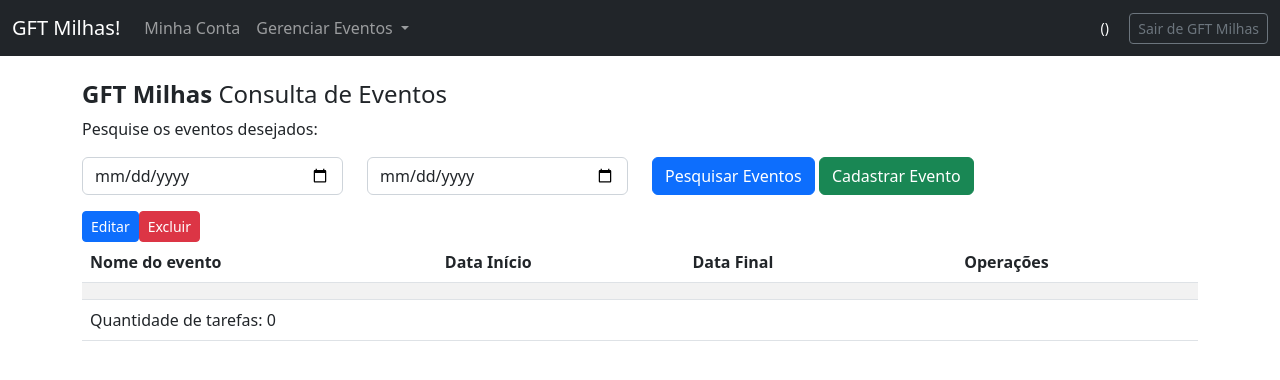
Repository: thamaraamaral/desafio_mvc1
Page: http://localhost/projeto-milhas/WEB-INF/views/eventos-cadastro.jsp
The author's editor kept a copy of each file at every save. The page is drawn from the files as they stood at one save, then again after the next save.
The browser window is 1280 px wide. The pictures show the whole page.
The page is served by Tomcat 9. Nobody is signed in. The template is opened directly, without the code that normally fills it, so the values that code supplies are empty.

Above is the page before, as saved 2022-10-27 23:34:00.

After the next save:
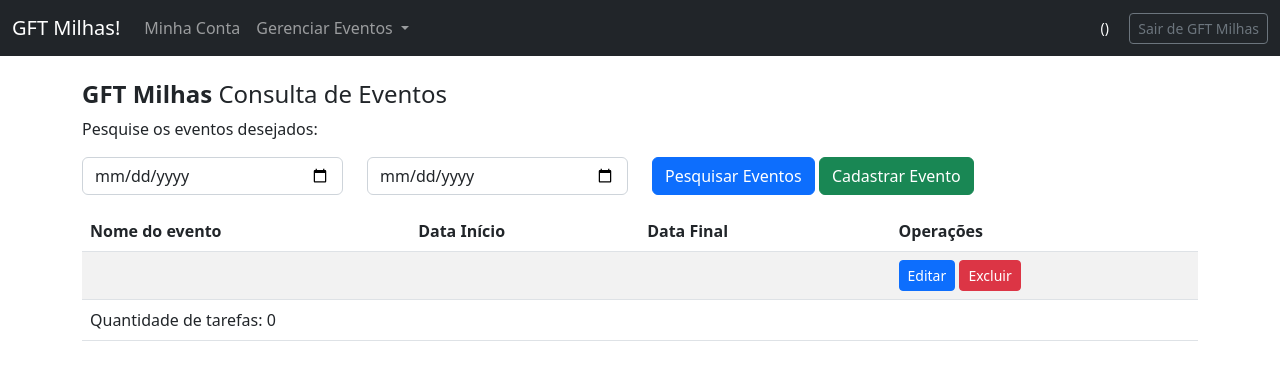
Saved 21 s later.
--- a/projeto-milhas/src/main/webapp/WEB-INF/views/eventos-cadastro.jsp
+++ b/projeto-milhas/src/main/webapp/WEB-INF/views/eventos-cadastro.jsp
@@ -65,8 +65,8 @@
 					<td></td>
 					<td></td>
 					<td></td>
-					<td></td>
-						<a href="/agendaweb/tarefas-edicao" class="btn btn-primary btn-sm">
+					<td>
+						<a href="/projeto-milhas/eventos-edicao" class="btn btn-primary btn-sm">
 							Editar
 						</a>
 						<a href="#" class="btn btn-danger btn-sm">
